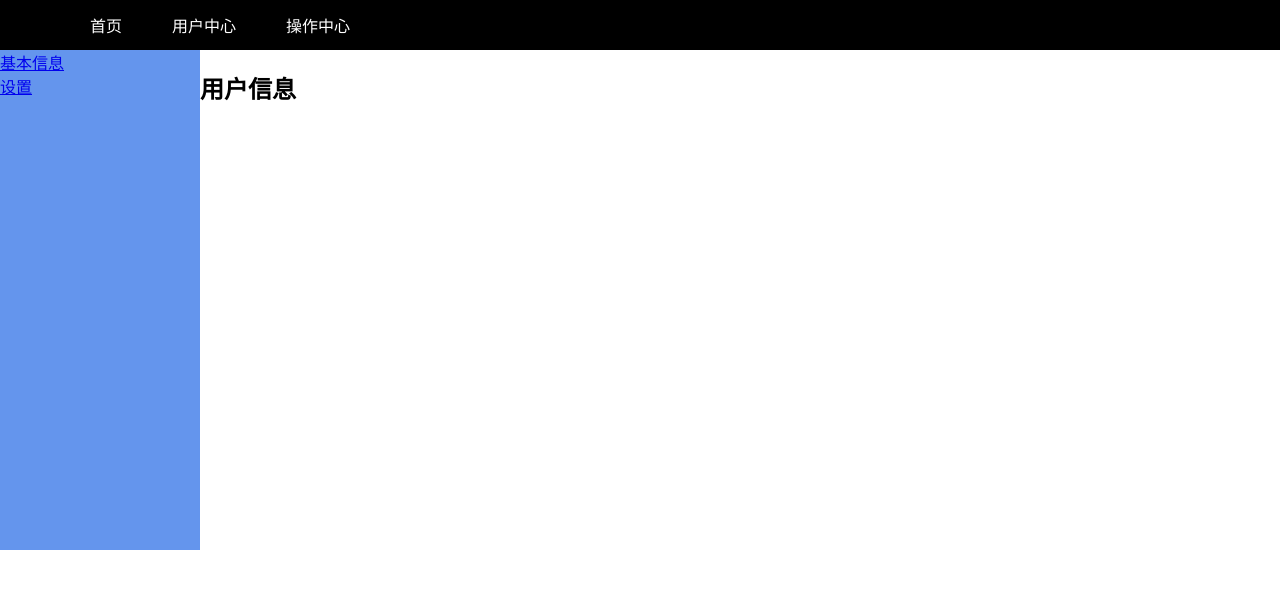
Repository: zhenzhen-gong/react-learning
Page: /user/info
The author's editor kept a copy of each file at every save. The page is drawn from the files as they stood at one save, then again after the next save.
The browser window is 1280 px wide. The pictures show the whole page.
The project was rebuilt for these pictures with package versions that can differ from the ones it lists, and the page was loaded fresh each time. Also part of the build but not shown: src/component/qianTaoRouter/home.js, src/component/qianTaoRouter/user/set.js, src/component/qianTaoRouter/handleCenter.js.

Above is the page before, as saved 2021-04-18 23:52:32.

### src/index.js
import React from 'react';
import ReactDOM from 'react-dom';
import {
  BrowserRouter as Router,
  Route,
  Link
} from "react-router-dom";

import './index.css';
import './index.less'
import Home from './component/qianTaoRouter/home';
import UserCenter from './component/qianTaoRouter/userCenter';
import HandleCenter from './component/qianTaoRouter/handleCenter';
// import NewsContent from './component/routerTest/newsContent'
// import MenuContent from './component/routerTest/menuContent'
// import Login from './component/routerTest/login'
import reportWebVitals from './reportWebVitals';

ReactDOM.render(
  <Router>
    <ul className="tab-box">
          <li>
            <Link to="/">首页</Link>
          </li>
          <li>
            <Link to="/user">用户中心</Link>
          </li>
          <li>
            <Link to="/handle">操作中心</Link>
          </li>
    </ul>
    {/*
     <Route path='/'> <Home /> </Route>
    <Route path='/news'> <News /> </Route>
    <Route path='/memu'>  <Memu /> </Route>
     */}
     {/*exact 为严格匹配*/}
     <Route exact  path='/' component={Home} />
    <Route path='/user' component={UserCenter} />
    <Route path='/handle' component={HandleCenter} />

    {/*<Route path='/content/:aid' component={NewsContent} />
    <Route path='/menucontent' component={MenuContent} />
    <Route path='/login' component={Login} /> */}
  </Router>,
  document.getElementById('root')
);

// If you want to start measuring performance in your app, pass a function
// to log results (for example: reportWebVitals(console.log))
// or send to an analytics endpoint. Learn more: https://bit.ly/CRA-vitals
reportWebVitals();

### src/index.less
.tab-box {
    margin: 0;
    display: flex;
    height: 50px;
    align-items: center;
    background-color: black;
    li {
        list-style: none;
        margin-left: 50px;
        a {
            color: #fff;
            text-decoration:none;
        }
    }
  }
  .user-center {
      display: flex;
      height: 500px;
      .left {
          width: 200px;
          background-color: cornflowerblue;
          display: flex;
          flex-direction: column;
      }
  }

### src/component/qianTaoRouter/userCenter.js
import React, {Component} from 'react'
import {Route, Link} from 'react-router-dom'

import UserInfo from './user/info'
import SetInfo from './user/set'



class UserCenter extends Component {
    constructor(props) {
        super(props)
        this.state = {
            msg: "用户中心"
        }
    }



    render() {
        return (
            <div className="user-center">
                <div className='left'>
                    <Link to='/user/info'>基本信息</Link>
                    <Link to='/user/set'>设置</Link>
                </div>
                <div className='right'>
                    <Route path='/user/info' component={UserInfo} />
                    <Route path='/user/set' component={SetInfo} />
                </div>


            </div>
        )
    }
}


export default UserCenter

### src/component/qianTaoRouter/user/info.js
import React, {Component} from 'react'



class UserInfo extends Component {
    constructor(props) {
        super(props)
        this.state = {
            msg: "用户信息"
        }
    }



    render() {
        return (
            <div>
                <h2>{this.state.msg}</h2>
            </div>
        )
    }
}


export default UserInfo;

Loaded but not shown: public/index.html (common file); src/index.css (common file); src/reportWebVitals.js (common file)

After the next save:
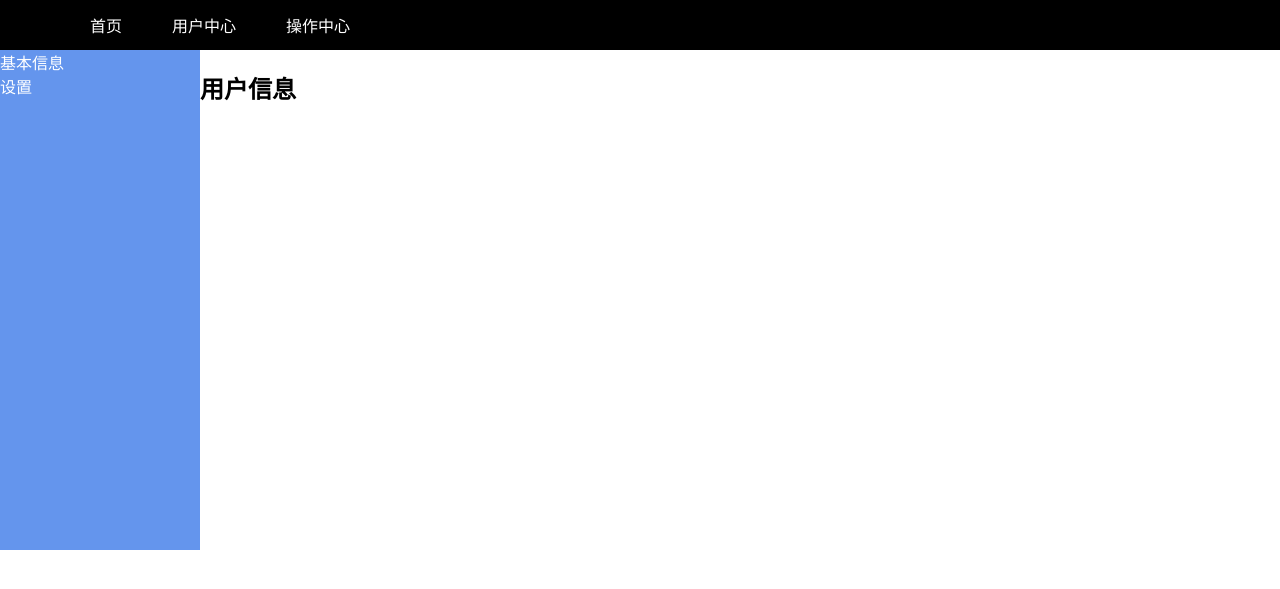
Saved 20 s later.
--- a/src/index.less
+++ b/src/index.less
@@ -21,5 +21,9 @@
           background-color: cornflowerblue;
           display: flex;
           flex-direction: column;
+          a {
+            color: #fff;
+            text-decoration:none;
+          }
       }
   }
